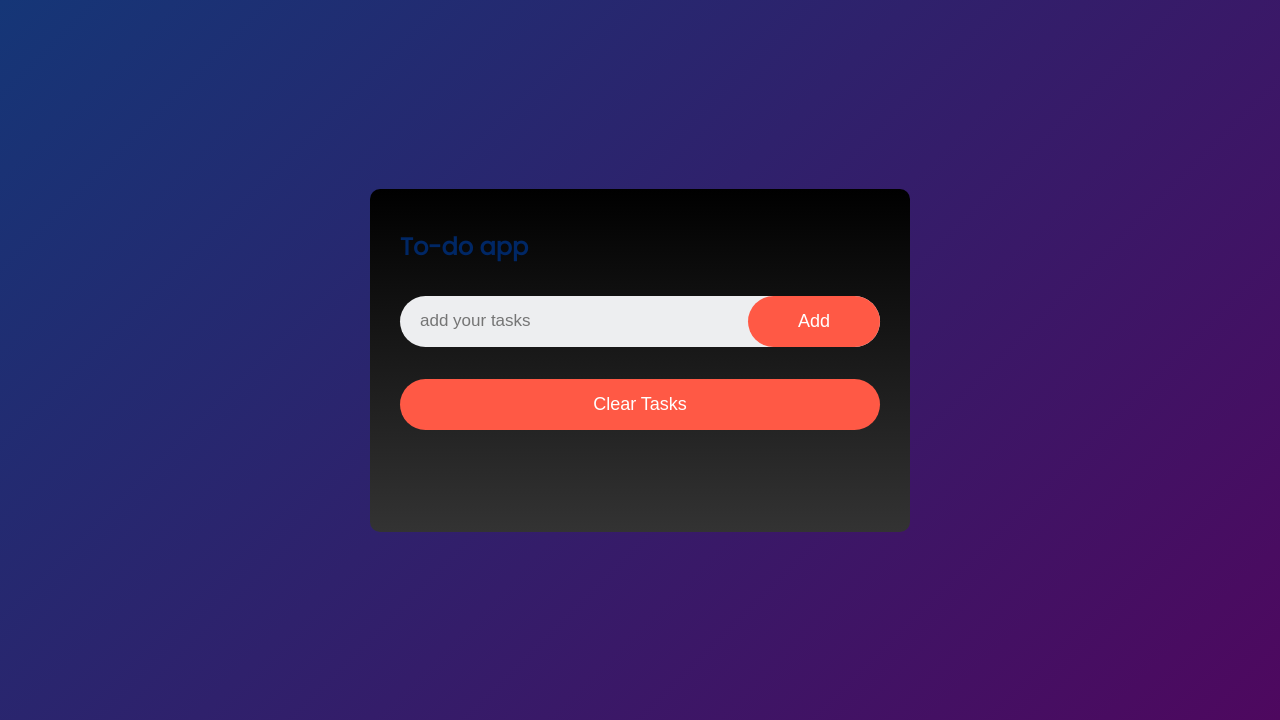
Repository: samoshi/To-do
Page: http://localhost/
These files come from the project's save history. The page is drawn as it stood at one moment and after the next save; the edit follows.
The browser window is 1280 px wide. The pictures show the whole page.
The page is served by the project's application, run on Flask 3 (app/app.py). Queries for data that is not in the repository find no rows.

Above is the page before, as saved 2024-01-14 21:30:30.

After the next save:
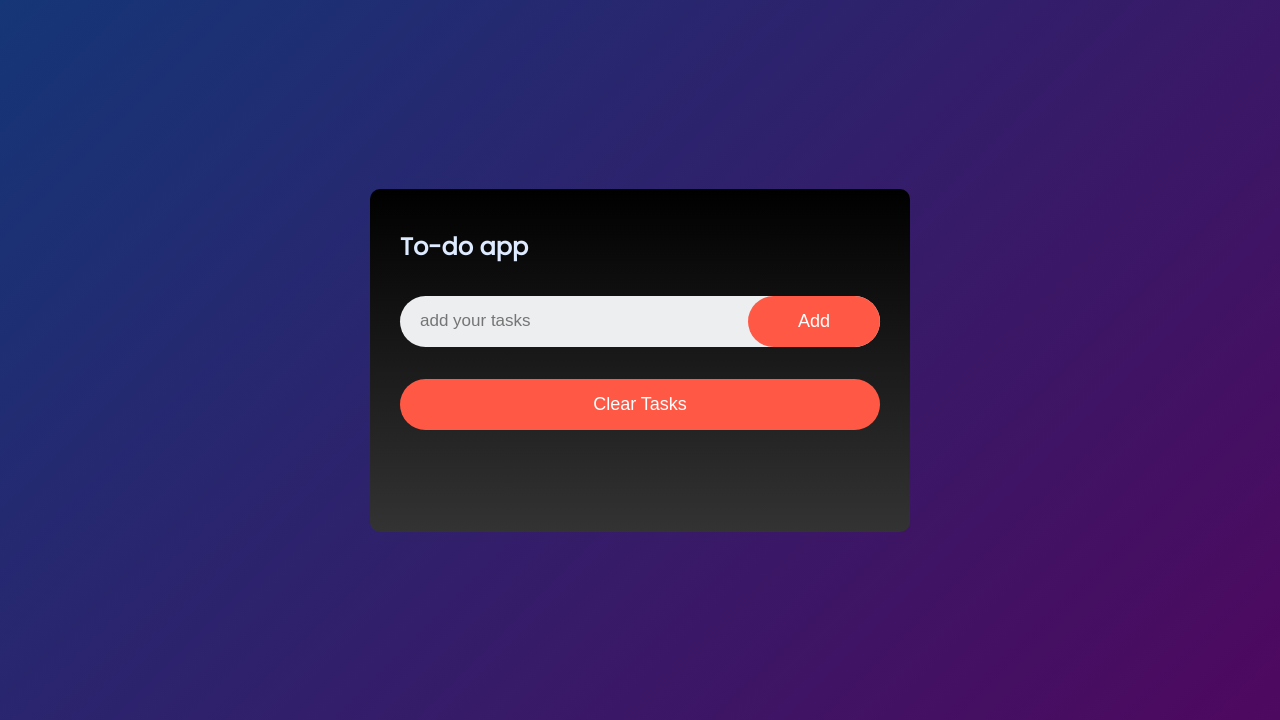
Saved 22 s later.
--- a/app/static/style.css
+++ b/app/static/style.css
@@ -35,7 +35,7 @@ body{
     align-items: center;
 }
 .app-title h2, .app-title i{
-    color: #002765;
+    color: #ddeaff;
 }
 .app-title i{
     font-size: 26px;
